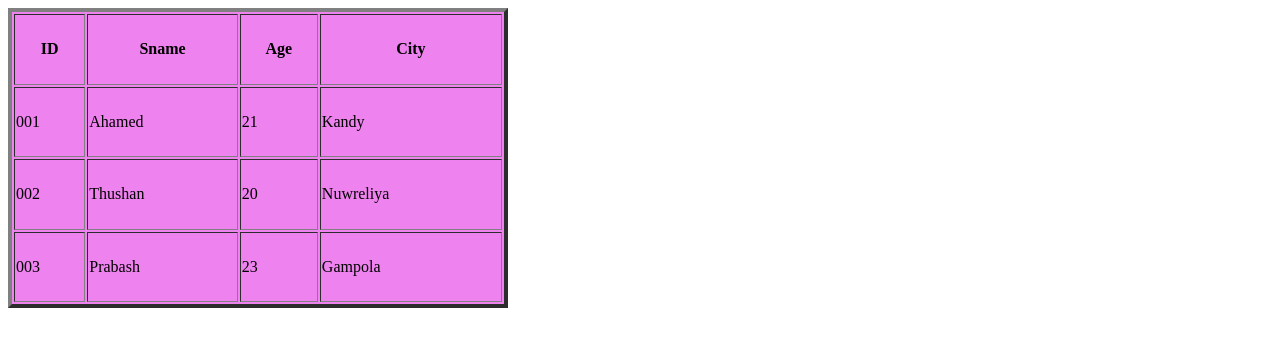
Repository: Haakim19/WebDevelopment
Page: new.html
These files come from the project's save history. The page is drawn as it stood at one moment and after the next save; the edit follows.
The browser window is 1280 px wide. The pictures show the whole page.

Above is the page before, as saved 2024-10-10 14:17:28.

### new.html
<!DOCTYPE html>
<html lang="en">
<head>
	<meta charset="UTF-8">
	<meta name="viewport" content="width=device-width, initial-scale=1.0">
	<title>Image</title>

</head>
<body>
	<!-- <div class="img">
		<a href="https://www.w3schools.com/css/default.asp"><img src="b41403e9a36b943a9a5ce39783bd88e0.jpg"  width="400px" height="700px" class="image"></a>
		<img src="f5aa4e34813a34132e7a52332ec3962e.jpg" width="400px" height="700px" class="image">
		<img src="6800309ef86e4dc7c17aeeb1d1d56284.jpg" width="400px" height="700px" class="image">
		<video src="Deadpool.Wolverine.2024.1080p.WEBRip.x264.AAC5.1-[YTS.MX].mp4" width="600px" height="600px"></video>
	</div> -->
	<div class="table">
		<table border="4" width="500px" height="300px" bgcolor="violet">
			<tr class="row-heading">
				<th>ID</th> <th>Sname</th> <th>Age</th> <th>City</th>
			</tr>
			<tr class="row-data">
				<td>001</td>
				<td>Ahamed</td>
				<td>21</td>
				<td>Kandy</td>
			</tr>
			<tr class="row-data">
				<td>002</td>
				<td>Thushan</td>
				<td>20</td>
				<td>Nuwreliya</td>
			</tr>
			<tr class="row-data">
				<td>003</td>
				<td>Prabash</td>
				<td>23</td>
				<td>Gampola</td>
			</tr>
		</table>
	</div>
</body>
</html>

After the next save:
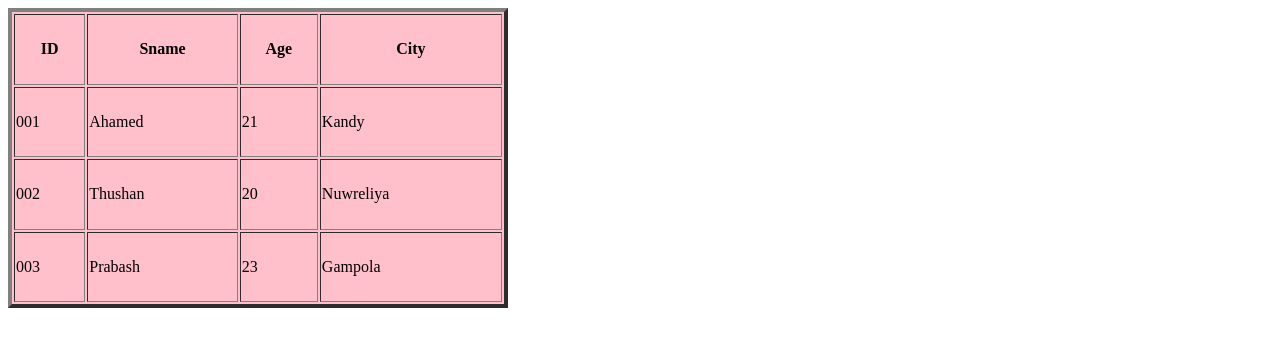
Saved 8 s later.
--- a/new.html
+++ b/new.html
@@ -14,7 +14,7 @@
 		<video src="Deadpool.Wolverine.2024.1080p.WEBRip.x264.AAC5.1-[YTS.MX].mp4" width="600px" height="600px"></video>
 	</div> -->
 	<div class="table">
-		<table border="4" width="500px" height="300px" bgcolor="violet">
+		<table border="4" width="500px" height="300px" bgcolor="pink">
 			<tr class="row-heading">
 				<th>ID</th> <th>Sname</th> <th>Age</th> <th>City</th>
 			</tr>
